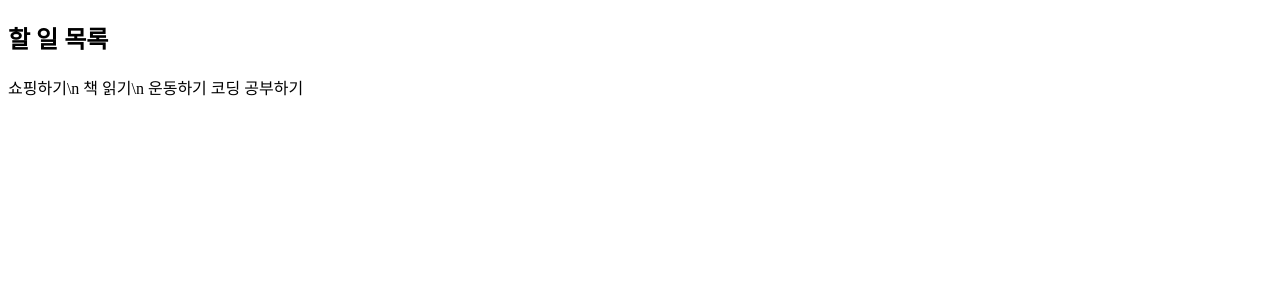
Repository: kimmingyeong225/totalJSP
Page: class_servlet_01/src/main/webapp/todolistPage.html
An editor plug-in stored every save of this project. The page is shown before and after the next save, followed by the edit.
The browser window is 1280 px wide. The pictures show the whole page.

Above is the page before, as saved 2024-07-01 03:32:58.

### class_servlet_01/src/main/webapp/todolistPage.html
<!DOCTYPE html>
<html>
<head>
<meta charset="UTF-8">
<title>todolist</title>
</head>
<body>
	<h2>할 일 목록</h2>
	<a>쇼핑하기\n</a>
	<a>책 읽기\n</a>
	<a>운동하기</a>
	<a>코딩 공부하기</a>

</body>
</html>

After the next save:
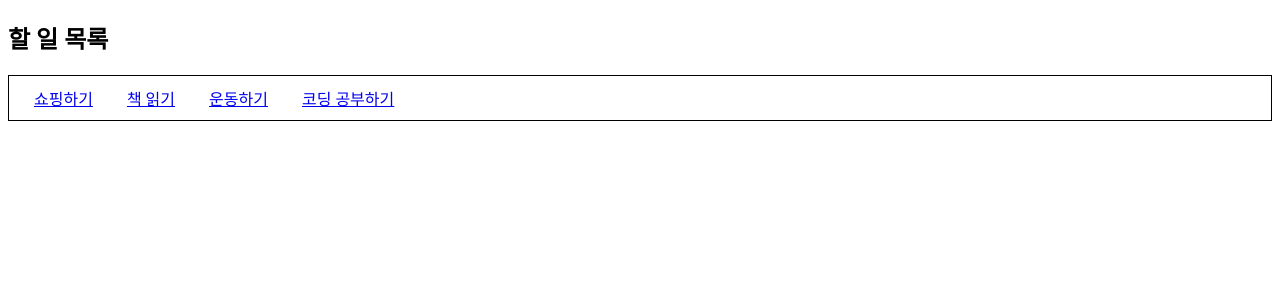
Saved 13 min 53 s later.
--- a/class_servlet_01/src/main/webapp/todolistPage.html
+++ b/class_servlet_01/src/main/webapp/todolistPage.html
@@ -3,13 +3,35 @@
 <head>
 <meta charset="UTF-8">
 <title>todolist</title>
+<style type="text/css">
+
+	.list {
+	direction: flex;
+	border: 1px solid black;
+	padding: 10px;
+	flex-direction: column;
+
+	}
+
+	.list-item {
+	margin: 5px;
+	padding: 10px;
+
+	}
+
+</style>
+
+
+
 </head>
 <body>
 	<h2>할 일 목록</h2>
-	<a>쇼핑하기\n</a>
-	<a>책 읽기\n</a>
-	<a>운동하기</a>
-	<a>코딩 공부하기</a>
+	<div class="list">
 
+	<a href="#shopping" class="list-item">쇼핑하기</a>
+	<a href="book" class="list-item">책 읽기</a>
+	<a href="sports" class="list-item">운동하기</a>
+	<a href="c" class="list-item">코딩 공부하기</a>
+	</div>
 </body>
 </html>
